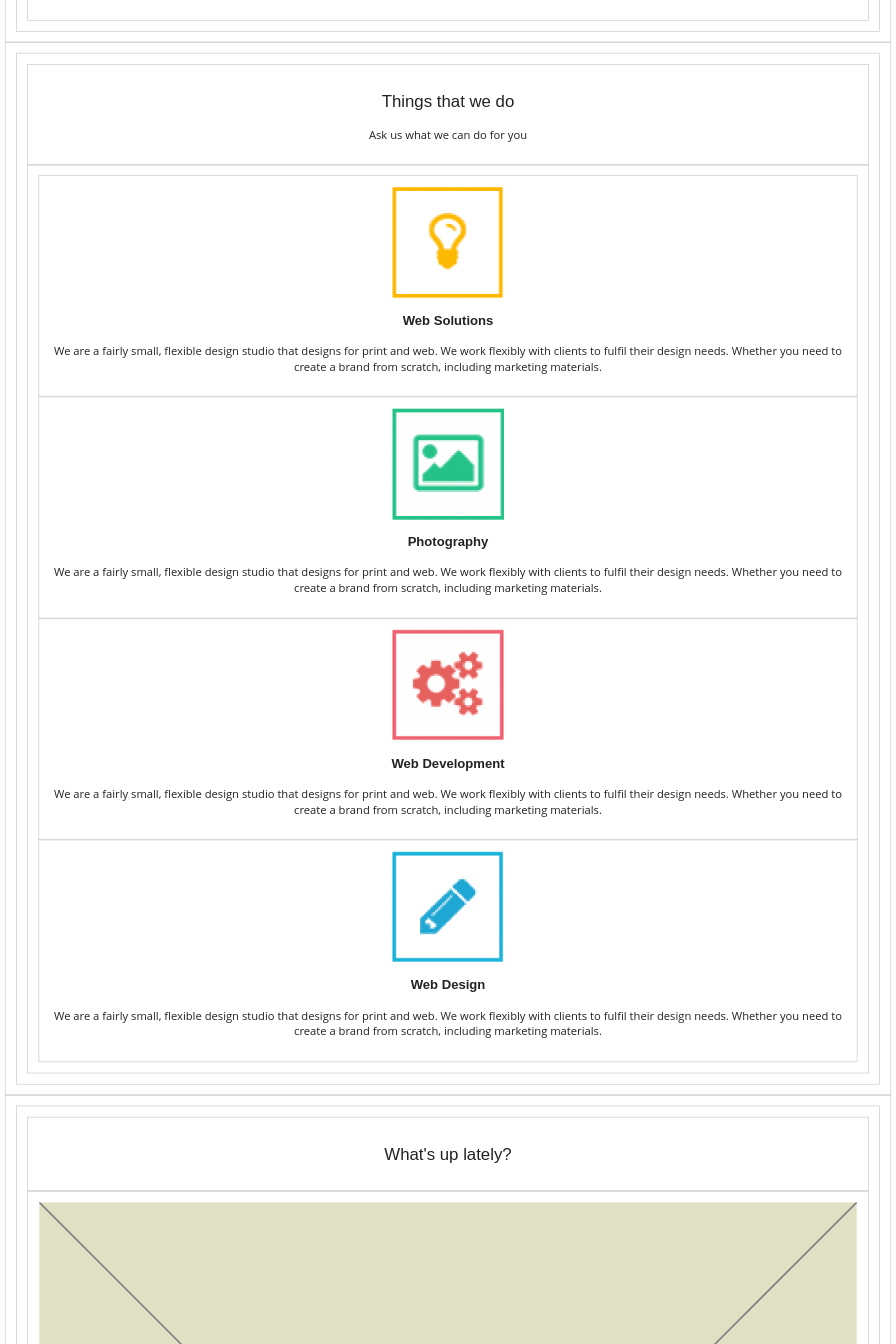
Repository: lpcmendoza/LAB02BF_Group9
Page: index.html
These files come from the project's save history. The page is drawn as it stood at one moment and after the next save; the edit follows.
The browser window is 1280 px wide. The pictures show the part of the page from y = 1679 to 3599 px (the page is 15775 px tall before and 15204 px after), at 70% of full size.

Above is the page before, as saved 2024-02-11 22:06:50.

### index.html
<!doctype html>
<html class="no-js" lang="en">

<head>
  <meta charset="utf-8">
  <meta name="viewport" content="width=device-width, initial-scale=1">
  <title>Metrolics</title>
  <link rel="stylesheet" href="css/style.css">
  <meta name="description" content="Group Blog">

  <meta property="og:title" content="Metrolics">
  <meta property="og:type" content="website">
  <meta property="og:url" content="">
  <meta property="og:image" content="">

  <link rel="icon" href="/favicon.ico" sizes="any">
  <link rel="icon" href="/icon.svg" type="image/svg+xml">
  <link rel="apple-touch-icon" href="icon.png">

  <link rel="manifest" href="site.webmanifest">
  <meta name="theme-color" content="#fafafa">
</head>

<body>

  <header class="page-header page-header-home">
    <div class="inner-container">
      <div class="content-container">
        <h1>Metrolics</h1>
      </div>
      <div class="content-container">
        <button class="navigation-button">Home</button>
        <button class="navigation-button">Pages</button>
        <button class="navigation-button">Portfolio</button>
        <button class="navigation-button">Blog</button>
        <button class="navigation-button">E-mail</button>
      </div>
    </div>
  </header>

  <div class="section section-image">
    <div class="inner-container">
      <div class="content-container">
        <img src="img/placeholder.svg" alt="placeholder image">
      </div>
    </div>
  </div>

  <div class="section section-title">
    <div class="inner-container">
      <div class="content-container">
        <h1>Hey guys! This is the Metrolics theme. It sports a responsive layout with a mobile layout.</h1>
      </div>
    </div>
  </div>

  <div class="section section-ourthings">
    <div class="inner-container">
      <div class="what-we-do-container-header">
        <h2>Things that we do</h2>
        <p>Ask us what we can do for you</p>
      </div>
      <div>
        <div class="what-we-do-container-body">
          <img class="icons" src="img/icon-web-solutions.png" alt="Web Solutions Icon">
          <h3>Web Solutions</h3>
          <p>We are a fairly small, flexible design studio that designs for print and web. We work flexibly with clients to fulfil their design needs. Whether you need to create a brand from scratch, including marketing materials.</p>
        </div>
        <div class="what-we-do-container-body">
          <img class="icons" src="img/icon-photography.png" alt="Photography Icon">
          <h3>Photography</h3>
          <p>We are a fairly small, flexible design studio that designs for print and web. We work flexibly with clients to fulfil their design needs. Whether you need to create a brand from scratch, including marketing materials.</p>
        </div>
        <div class="what-we-do-container-body">
          <img class="icons" src="img/icon-web-development.png" alt="Web Development Icon">
          <h3>Web Development</h3>
          <p>We are a fairly small, flexible design studio that designs for print and web. We work flexibly with clients to fulfil their design needs. Whether you need to create a brand from scratch, including marketing materials.</p>
        </div>
        <div class="what-we-do-container-body">
          <img class="icons" src="img/icon-web-design.png" alt="Web Design Icon">
          <h3>Web Design</h3>
          <p>We are a fairly small, flexible design studio that designs for print and web. We work flexibly with clients to fulfil their design needs. Whether you need to create a brand from scratch, including marketing materials.</p>
        </div>
    </div>
    </div>
  </div>

  <div class="section section-news">
    <div class="inner-container">
      <div class="content-container">
        <h2>What's up lately?</h2>
      </div>
      <div class="content-container">
        <img src="img/placeholder.svg" alt="placeholder image">
      </div>
      <div class="content-container">
        <img src="img/placeholder.svg" alt="placeholder image">
      </div>
      <div class="content-container">
        <img src="img/placeholder.svg" alt="placeholder image">
      </div>
    </div>
  </div>

  <div class="section section-projects">
    <div class="inner-container">
      <div class="content-container">
        <h2>Our latest projects</h2>
      </div>
      <div class="content-container">
        <img src="img/placeholder.svg" alt="placeholder image">
      </div>
      <div class="content-container">
        <img src="img/placeholder.svg" alt="placeholder image">
      </div>
      <div class="content-container">
        <img src="img/placeholder.svg" alt="placeholder image">
      </div>
      <div class="content-container">
        <img src="img/placeholder.svg" alt="placeholder image">
      </div>
      <div class="content-container">
        <img src="img/placeholder.svg" alt="placeholder image">
      </div>
      <div class="content-container">
        <img src="img/placeholder.svg" alt="placeholder image">
      </div>
    </div>
  </div>

  <div class="section section-things">
    <div class="inner-container">
      <div class="content-container">
        <h2>Things of above</h2>
      </div>
      <div class="content-container">
        <p>content</p>
      </div>
      <div class="content-container">
        <p>content</p>
      </div>
    </div>
  </div>

  <div class="section section-clients">
    <div class="inner-container">
      <div class="content-container">
        <p>client</p>
      </div>
      <div class="content-container">
        <p>client</p>
      </div>
      <div class="content-container">
        <p>client</p>
      </div>
      <div class="content-container">
        <p>client</p>
      </div>
      <div class="content-container">
        <p>client</p>
      </div>
    </div>
  </div>

  <footer>
    <div class="page-footer page-footer-home">
      <div class="inner-container">
        <div class="content-container">
          <h2>footer</h2>
        </div>
        <div class="content-container">
          <p>content</p>
        </div>
        <div class="content-container">
          <p>content</p>
        </div>
        <div class="content-container">
          <p>content</p>
        </div>
        <div class="content-container">
          <p>content</p>
        </div>
      </div>
    </div>
  </footer>

  <script src="js/app.js"></script>

</body>

</html>

### css/style.css
/* ==========================================================================
    [Table of contents]

    1. BASE
        1.1 Page Rendering Defaults
        1.2 Core Styling
        1.3 Typography
    2. LAYOUT
        2.1 Core Layout
        2.2 Small only
        2.3 medium and up
        2.4 Medium only
        2.5 large screens and up
        2.6 Large only
    3. MODULES
    4. STATES
    5. THEME
    6. UTILITY classes
    7. PRINT

    refer to http://smacss.com/
    ========================================================================== */


/* ==========================================================================
   BASE
   ========================================================================== */


/* 1.1 Page Rendering Defaults */

html {
  color: #222;
  font-size: 1em;
  line-height: 1.4;
}

/*
* Remove text-shadow in selection highlight:
* https://twitter.com/miketaylr/status/12228805301
*
* Customize the background color to match your design.
*/

::-moz-selection {
background: #b3d4fc;
text-shadow: none;
}

::selection {
background: #b3d4fc;
text-shadow: none;
}

/*
* A better looking default horizontal rule
*/

hr {
display: block;
height: 1px;
border: 0;
border-top: 1px solid #ccc;
margin: 1em 0;
padding: 0;
}

/*
* Remove the gap between audio, canvas, iframes,
* images, videos and the bottom of their containers:
* https://github.com/h5bp/html5-boilerplate/issues/440
*/

audio,
canvas,
iframe,
img,
svg,
video {
vertical-align: middle;
}

/*
* Remove default fieldset styles.
*/

fieldset {
border: 0;
margin: 0;
padding: 0;
}

/*
* Allow only vertical resizing of textareas.
*/

textarea {
resize: vertical;
}

/* 1.2 Core Styling */

/* refer to https://css-tricks.com/box-sizing/ */
*,
*:before,
*:after {
  box-sizing: border-box;
}

img {
  width: 100%;
}


/* 1.3 Typgraphy */

h1,
h2,
h3,
h4,
h5,
h6 {
  font-family: Ubuntu, sans-serif;
  font-weight: 300;
  text-align: center;
}

p {
  font-family: 'Open Sans', Arial, Helvetica, sans-serif;
}


/* ==========================================================================
 2. LAYOUT
 ========================================================================== */


/* Helper to display empty layout containers*/

div,
main,
section,
footer,
header {
  outline: 1px solid #ccc;
  min-height: 1rem;
  padding: 1rem;
}


/* 2.1 Core layout */

.row {
  display: grid;
  row-gap: 1rem;
}

.col {
  position: relative;
  background-color: rgb(242, 230, 177);
}


/* ==========================================================================
 EXAMPLE Media Queries for Responsive Design.
 These examples override the primary ('mobile first') styles.
 Modify as content requires.
 Taken from https://get.foundation/sites/docs-v5/media-queries.html
 (the latest version is adjusted and no longer matches the ones used below)
 ========================================================================== */


/* 2.2 Small only */

@media screen and (max-width: 39.9375em) {
  .s-hide {
      display: none;
  }

  .what-we-do-container-header {
    align-content: center;
    text-align: center;
  }

  .icons {
      max-width: 5em;
      max-height: 5em;
      float: left;
      margin-right: 1em;
  }

  h3 {
      text-align: left;
      margin: 0;
      font-weight: bold;
  }

  .what-we-do-container-body {
      text-align: left;
  }

  .what-we-do-container-body p {
    margin-left: 6em;
}
}


/* 2.3 medium and up */

@media screen and (min-width: 40em) {
  .row {
      max-width: 70rem;
      column-gap: 1.5rem;
      row-gap: 1.5rem;
      margin: 0 auto;
  }
  .grid {
      display: grid;
      column-gap: 0.5rem;
      row-gap: 0.5rem;
  }
  .m-col-2 {
      grid-template-columns: 1fr 1fr;
  }
  .m-col-3 {
      grid-template-columns: repeat(3, 1fr);
  }
  .m-col-4 {
      grid-template-columns: repeat(4, 1fr);
  }
  .m-col-5 {
      grid-template-columns: repeat(5, 1fr);
  }
  .m-1-2 {
      grid-template-columns: 1fr 2fr;
  }

  .what-we-do-content {
    display: grid;
    grid-template-columns: 1fr 1fr;
    grid-gap: 1em;
  }

  .icons {
    max-width: 10em;
    max-height: 10em;
    display: block;
    margin-left: auto;
    margin-right: auto;
    width: 50%;
}

  .what-we-do-container-header {
    align-content: center;
    text-align: center;
  }


  .what-we-do-container-body p {
    text-align: center;
  }

  .what-we-do-container-body h3 {
    text-align: center;
    font-weight: bold;
  }

}


/* 2.4 Medium only */

@media screen and (min-width: 40em) and (max-width: 63.9375em) {
  .m-row-span {
      grid-column-start: 1;
      grid-column-end: -1;
  }
  .m-hide {
      display: none;
  }
}


/* 2.5 large screens and up 2.6 Large only */

@media screen and (min-width: 64em) {
  .l-col-2 {
      grid-template-columns: 1fr 1fr;
  }
  .l-col-3 {
      grid-template-columns: repeat(3, 1fr);
  }
  .l-col-4 {
      grid-template-columns: repeat(4, 1fr);
  }
  .l-col-5 {
      grid-template-columns: repeat(5, 1fr);
  }
  .l-col-6 {
      grid-template-columns: repeat(6, 1fr);
  }
  .l-row-span {
      grid-column-start: 1;
      grid-column-end: -1;
  }
  .l-hide {
      display: none;
  }
}


/* ==========================================================================
 2. MODULES
 ========================================================================== */


/* ==========================================================================
 2. STATES
 ========================================================================== */


/* ==========================================================================
 2. THEME
 ========================================================================== */


/* ==========================================================================
 6. UTILITY classes
 ========================================================================== */
/*
* Hide visually and from screen readers
*/

.hidden,
[hidden] {
display: none !important;
}

/*
* Hide only visually, but have it available for screen readers:
* https://snook.ca/archives/html_and_css/hiding-content-for-accessibility
*
* 1. For long content, line feeds are not interpreted as spaces and small width
*    causes content to wrap 1 word per line:
*    https://medium.com/@jessebeach/beware-smushed-off-screen-accessible-text-5952a4c2cbfe
*/

.visually-hidden {
border: 0;
clip: rect(0, 0, 0, 0);
height: 1px;
margin: -1px;
overflow: hidden;
padding: 0;
position: absolute;
white-space: nowrap;
width: 1px;
/* 1 */
}

/*
* Extends the .visually-hidden class to allow the element
* to be focusable when navigated to via the keyboard:
* https://www.drupal.org/node/897638
*/

.visually-hidden.focusable:active,
.visually-hidden.focusable:focus {
clip: auto;
height: auto;
margin: 0;
overflow: visible;
position: static;
white-space: inherit;
width: auto;
}

/*
* Hide visually and from screen readers, but maintain layout
*/

.invisible {
visibility: hidden;
}

/*
* Clearfix: contain floats
*
* The use of `table` rather than `block` is only necessary if using
* `::before` to contain the top-margins of child elements.
*/

.clearfix::before,
.clearfix::after {
content: "";
display: table;
}

.clearfix::after {
clear: both;
}

@media print,
(-webkit-min-device-pixel-ratio: 1.25),
(min-resolution: 1.25dppx),
(min-resolution: 120dpi) {
/* Style adjustments for high resolution devices */
}

/* ==========================================================================
 Print styles.
 Inlined to avoid the additional HTTP request:
 https://www.phpied.com/delay-loading-your-print-css/
 ========================================================================== */

@media print {
*,
*::before,
*::after {
  background: #fff !important;
  color: #000 !important;
  /* Black prints faster */
  box-shadow: none !important;
  text-shadow: none !important;
}

a,
a:visited {
  text-decoration: underline;
}

a[href]::after {
  content: " (" attr(href) ")";
}

abbr[title]::after {
  content: " (" attr(title) ")";
}

/*
 * Don't show links that are fragment identifiers,
 * or use the `javascript:` pseudo protocol
 */
a[href^="#"]::after,
a[href^="javascript:"]::after {
  content: "";
}

pre {
  white-space: pre-wrap !important;
}

pre,
blockquote {
  border: 1px solid #999;
  page-break-inside: avoid;
}

tr,
img {
  page-break-inside: avoid;
}

p,
h2,
h3 {
  orphans: 3;
  widows: 3;
}

h2,
h3 {
  page-break-after: avoid;
}
}

Loaded but not shown: js/app.js (no stored copy; drawn as an empty file)

After the next save:
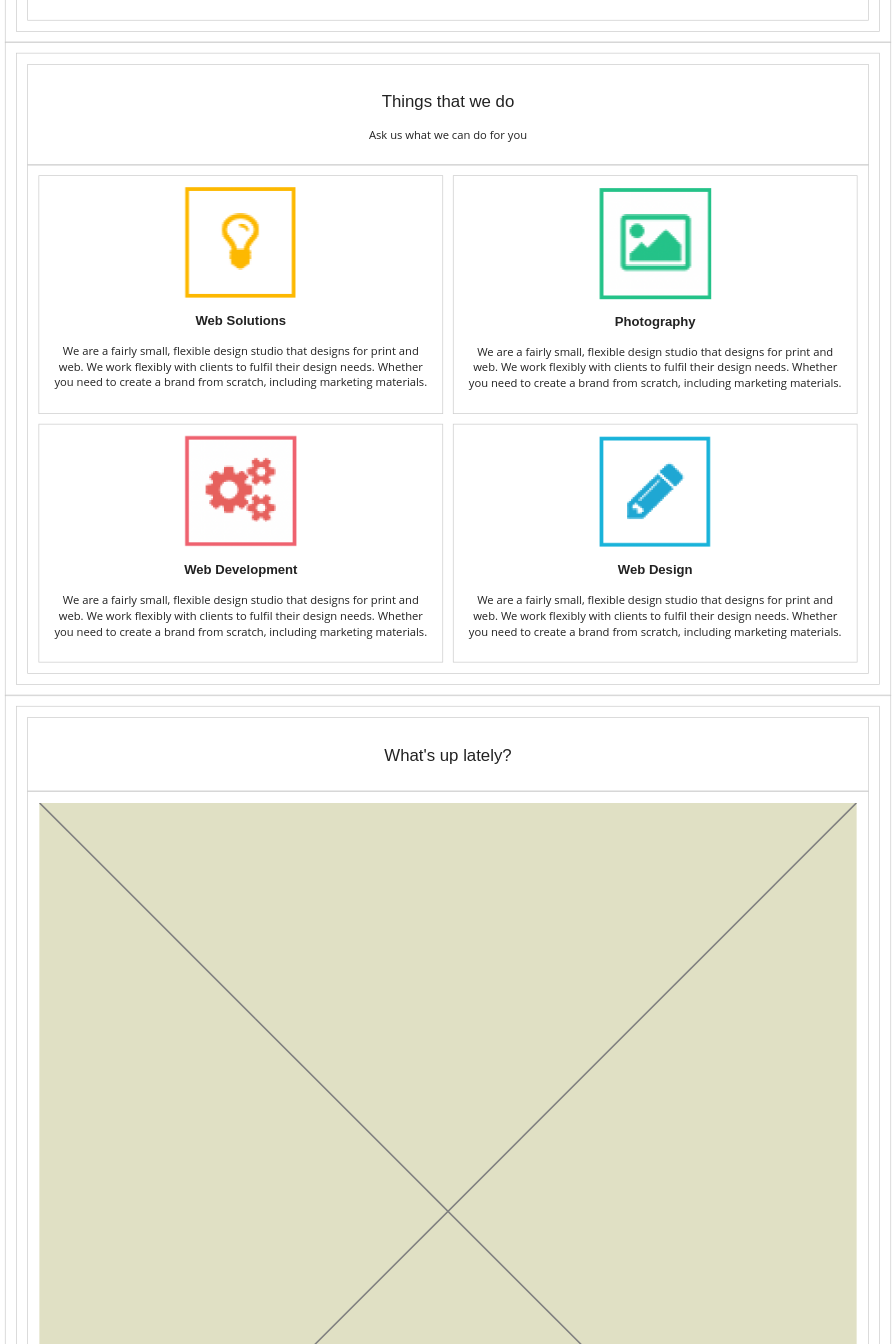
Saved 2 min 1 s later.
--- a/index.html
+++ b/index.html
@@ -60,7 +60,7 @@
         <h2>Things that we do</h2>
         <p>Ask us what we can do for you</p>
       </div>
-      <div>
+      <div class="what-we-do-content">
         <div class="what-we-do-container-body">
           <img class="icons" src="img/icon-web-solutions.png" alt="Web Solutions Icon">
           <h3>Web Solutions</h3>
@@ -81,7 +81,7 @@
           <h3>Web Design</h3>
           <p>We are a fairly small, flexible design studio that designs for print and web. We work flexibly with clients to fulfil their design needs. Whether you need to create a brand from scratch, including marketing materials.</p>
         </div>
-    </div>
+      </div>
     </div>
   </div>
 
